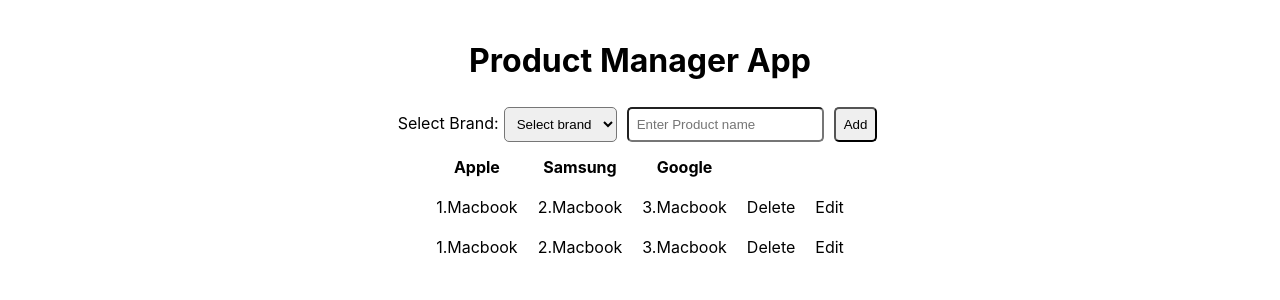
Repository: sunilkc-7/product-manager-app
Page: /
These files come from the project's save history. The page is drawn as it stood at one moment and after the next save; the edit follows.
The browser window is 1280 px wide. The pictures show the whole page.
The project was rebuilt for these pictures with package versions that can differ from the ones it lists, and the page was loaded fresh each time.

Above is the page before, as saved 2023-07-31 19:34:49.

After the next save:
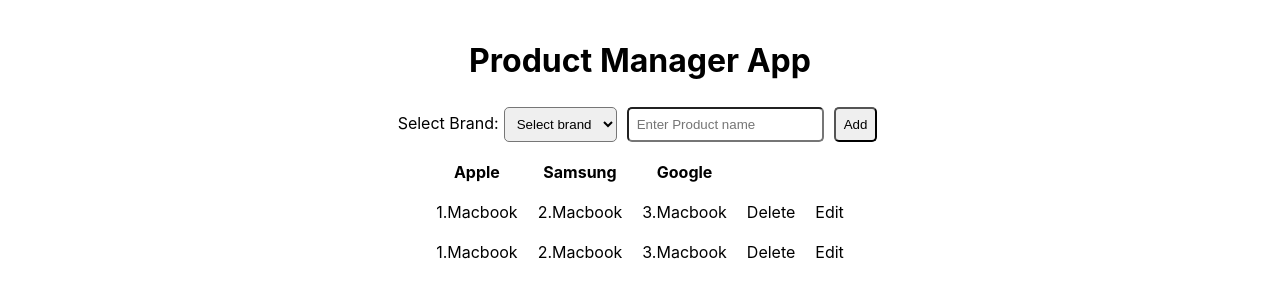
Saved 9 s later.
--- a/src/App.css
+++ b/src/App.css
@@ -32,5 +32,5 @@
   border-collapse: collapse;
 
   padding: 10px;
-  margin-top: 0 auto;
+  margin-top: 5px;
 }

After the save that followed:
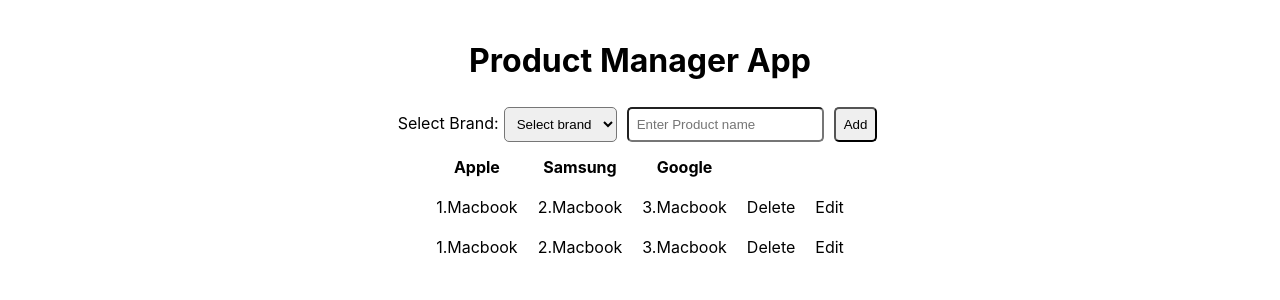
Saved 38 s later.
--- a/src/App.css
+++ b/src/App.css
@@ -32,5 +32,8 @@
   border-collapse: collapse;
 
   padding: 10px;
-  margin-top: 5px;
 }
+
+th {
+  padding-top: auto;
+}
